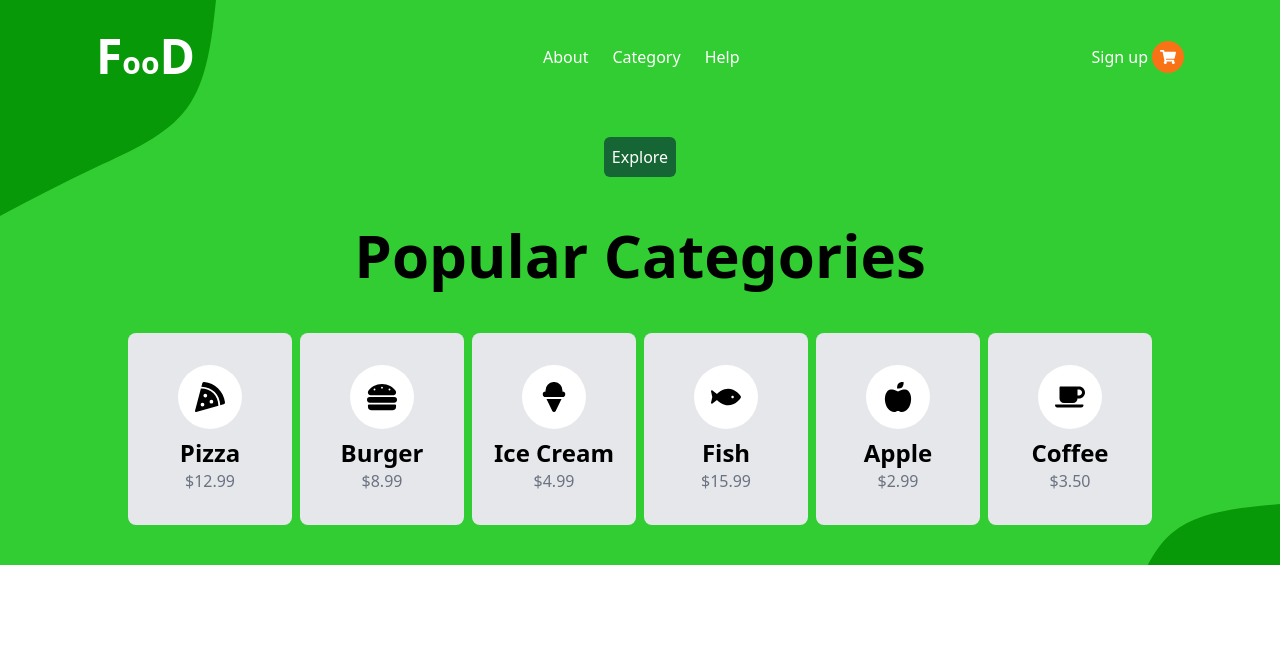
Repository: KhushiCode14/FoodWeb
Page: /category (app in frontend/)
These files come from the project's save history. The page is drawn as it stood at one moment and after a run of saves; the edit follows.
The browser window is 1280 px wide. The pictures show the whole page.
The project was rebuilt for these pictures with package versions that can differ from the ones it lists, and the page was loaded fresh each time. Also part of the build but not shown: frontend/src/Pages/Home.tsx, frontend/src/components/Home/SignUp.tsx, frontend/src/components/Home/SignIn.tsx, frontend/src/components/Home/Cart.tsx.

Above is the page before, as saved 2024-09-24 12:24:11.

After the next 2 saves:
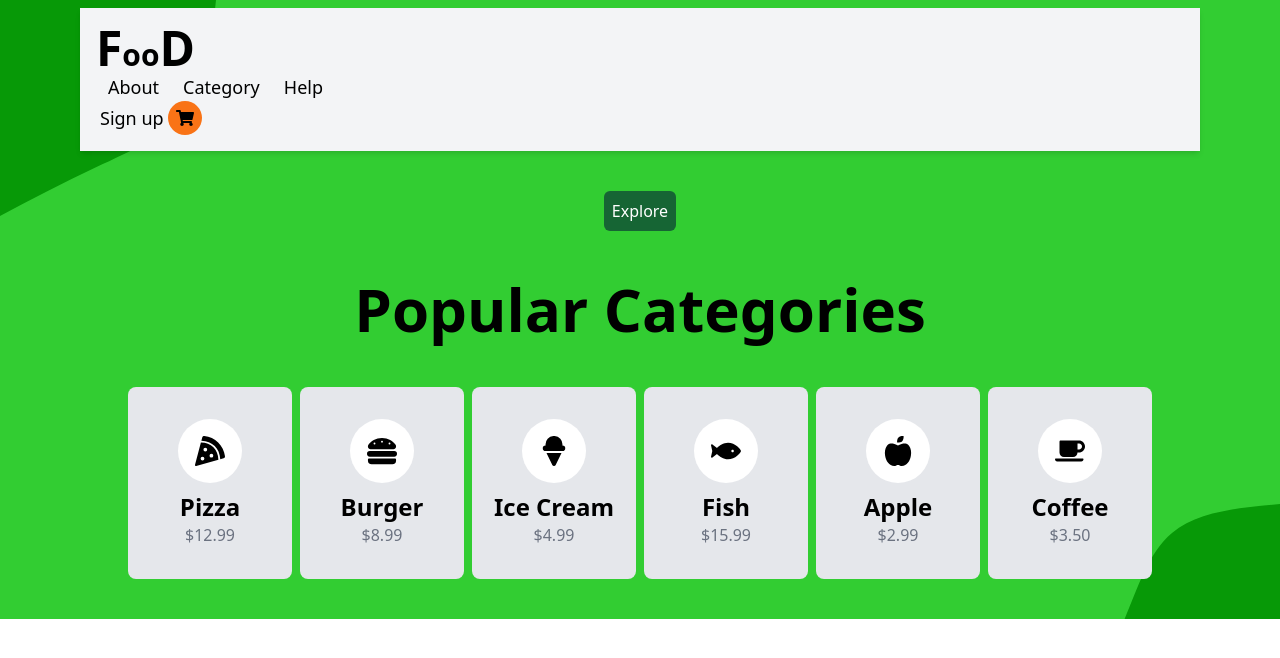
The 2 saves are shown as one change because 1 did not build or start.
The last was saved 4 h 32 min later.
--- a/frontend/src/Pages/Navbar.tsx
+++ b/frontend/src/Pages/Navbar.tsx
@@ -28,9 +28,12 @@ const Navbar: React.FC = () => {
       prevCart.type === FaShoppingCart ? <FaCartPlus /> : <FaShoppingCart />
     );
   };
+  const currentPath = window.location.pathname;
 
+  const bgClass = currentPath === "/" ? "bg-white" : "bg-gray-100";
   return (
-    <div className="mt-2 flex justify-between items-center text-white  p-4">
+
+    <div className={`p-4 text-lg ${currentPath === "/" ? "bg-white" : "bg-gray-100"} shadow-md`}>
       <div className="font-bold text-3xl">
         <Link to="/">
           <span className="text-5xl">F</span>oo<span className="text-5xl">D</span>

After the save that followed:
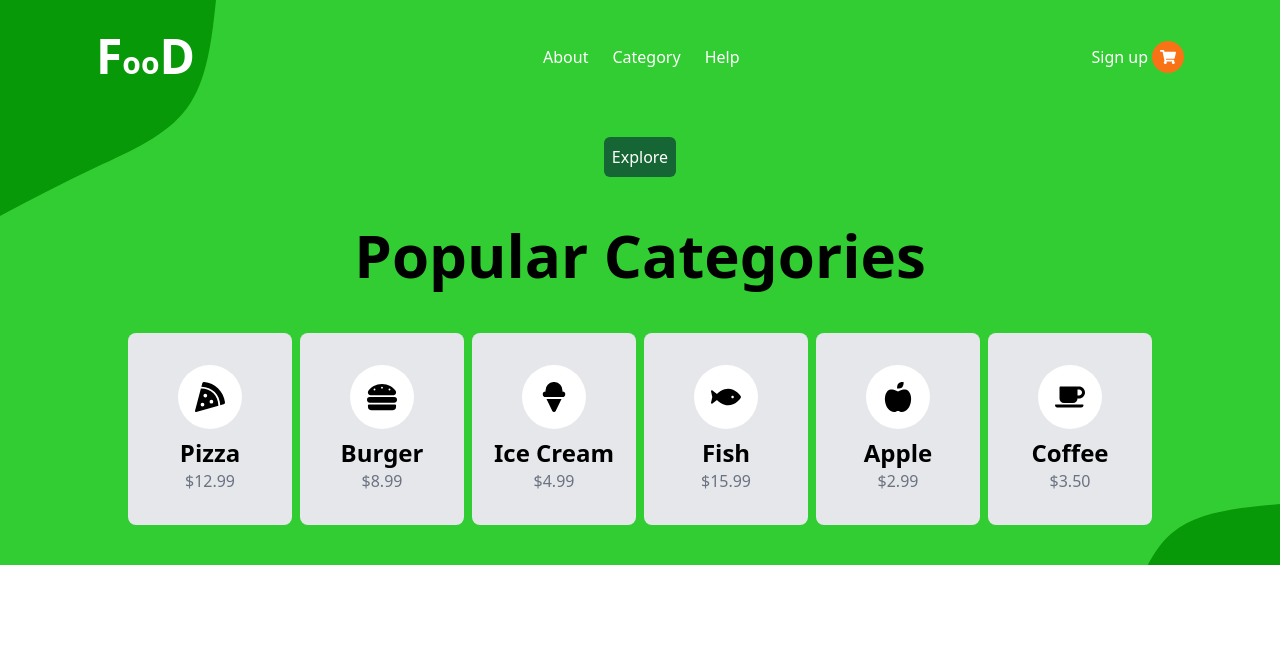
Saved 29 s later.
--- a/frontend/src/Pages/Navbar.tsx
+++ b/frontend/src/Pages/Navbar.tsx
@@ -28,12 +28,12 @@ const Navbar: React.FC = () => {
       prevCart.type === FaShoppingCart ? <FaCartPlus /> : <FaShoppingCart />
     );
   };
-  const currentPath = window.location.pathname;
+const currentPath = window.location.pathname;
 
-  const bgClass = currentPath === "/" ? "bg-white" : "bg-gray-100";
+const bgClass = currentPath === "/" ? "bg-white" : "bg-gray-100";
   return (
 
-    <div className={`p-4 text-lg ${currentPath === "/" ? "bg-white" : "bg-gray-100"} shadow-md`}>
+    <div className="mt-2 flex justify-between items-center text-white  p-4">
       <div className="font-bold text-3xl">
         <Link to="/">
           <span className="text-5xl">F</span>oo<span className="text-5xl">D</span>
